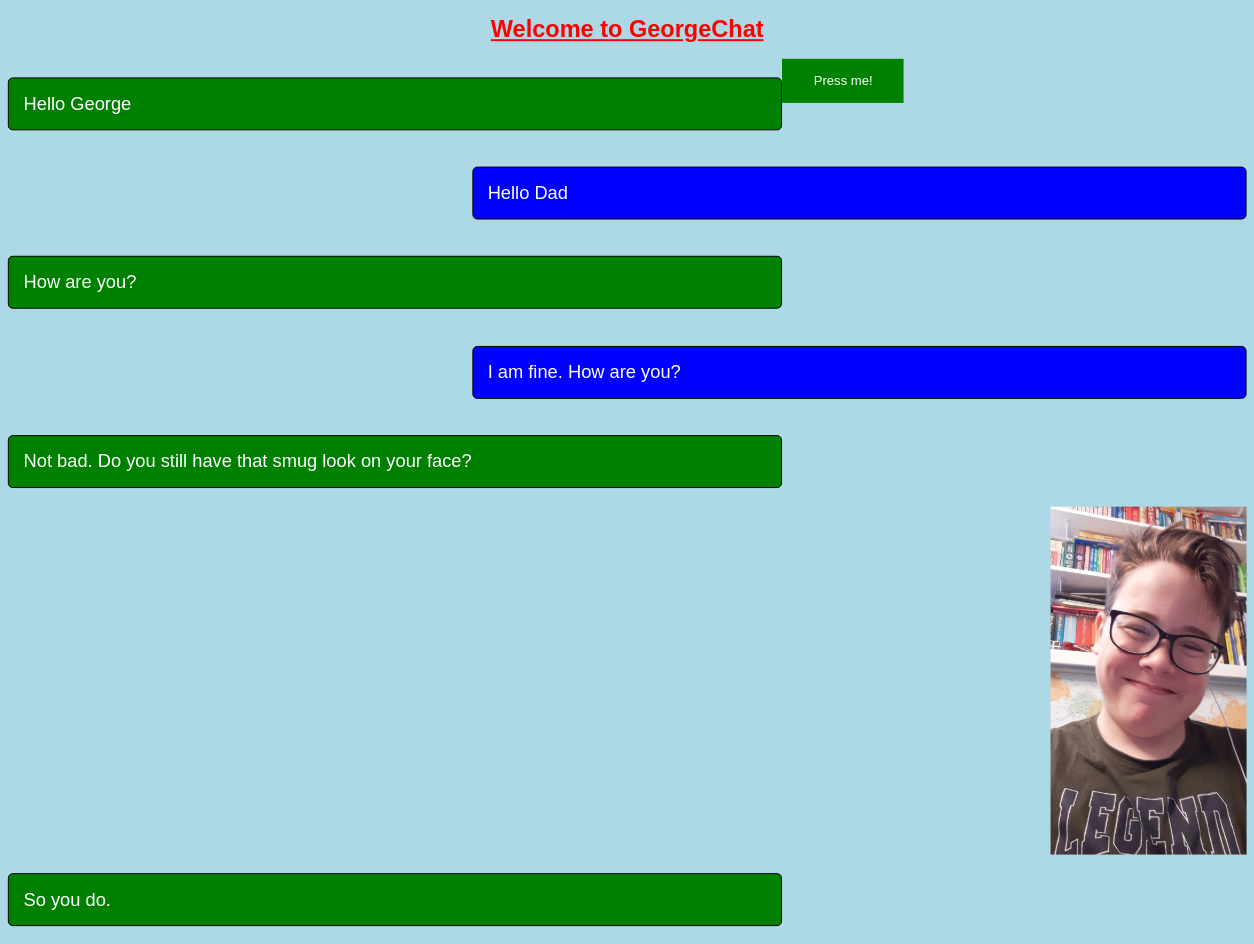
Repository: georgefyles/playground
Page: playground/src/resources/html/test.html
The author's editor kept a record of every edit. The page is drawn from the files as they stood at one moment, then again after the next edit.
The browser window is 1280 px wide. The pictures show the whole page, at 98% of full size.

Above is the page before.

### playground/src/resources/html/test.html
<!DOCTYPE html>
<html>

  <head>
	<title>Page Title</title>
	<link rel="stylesheet" href="test.css" type="text/css" />
  </head>

  <body>

    <h1 id="chat-title">Welcome to GeorgeChat</h1>

    <div id="chat-messages">

      <p class="you-talking">Hello George</p>

      <p class="me-talking">Hello Dad</p>

      <p class="you-talking">How are you?</p>

  	  <p class="me-talking">I am fine. How are you?</p>

      <p class="you-talking">Not bad. Do you still have that smug look on your face?</p>

      <img src="../images/george.jpeg" class="me-talking chat-image" />

      <p class="you-talking">So you do.</p>

    </div>

    <div id="chat-controls">
      <button>Press me!</button>
    </div>

  </body>
</html>

### playground/src/resources/html/test.css
body {
    background-color: lightblue;
    font-family: Arial, Helvetica, sans-serif;
}

#chat-title {
    font-size: 18pt;
    text-align: center;
    color: red;
    text-decoration: underline;
}

button {
    background-color: green;
    border: none;
    color: white;
    padding: 15px 32px;
    text-align: center;
    text-decoration: none;
    display: inline-block;
}

p {
    display: inline-block;
    color: white;
    font-size: 14pt;
    border: 1px solid black;
    border-radius: 5px;
    padding: 15px;
    width: 60%;
}

.you-talking {
    background-color: green;
    float: left;
    clear: right;
}

.me-talking {
    background-color: blue;
    float: right;
    clear: left;
}

img.chat-image {
    width: 200px;
}

After the next edit:
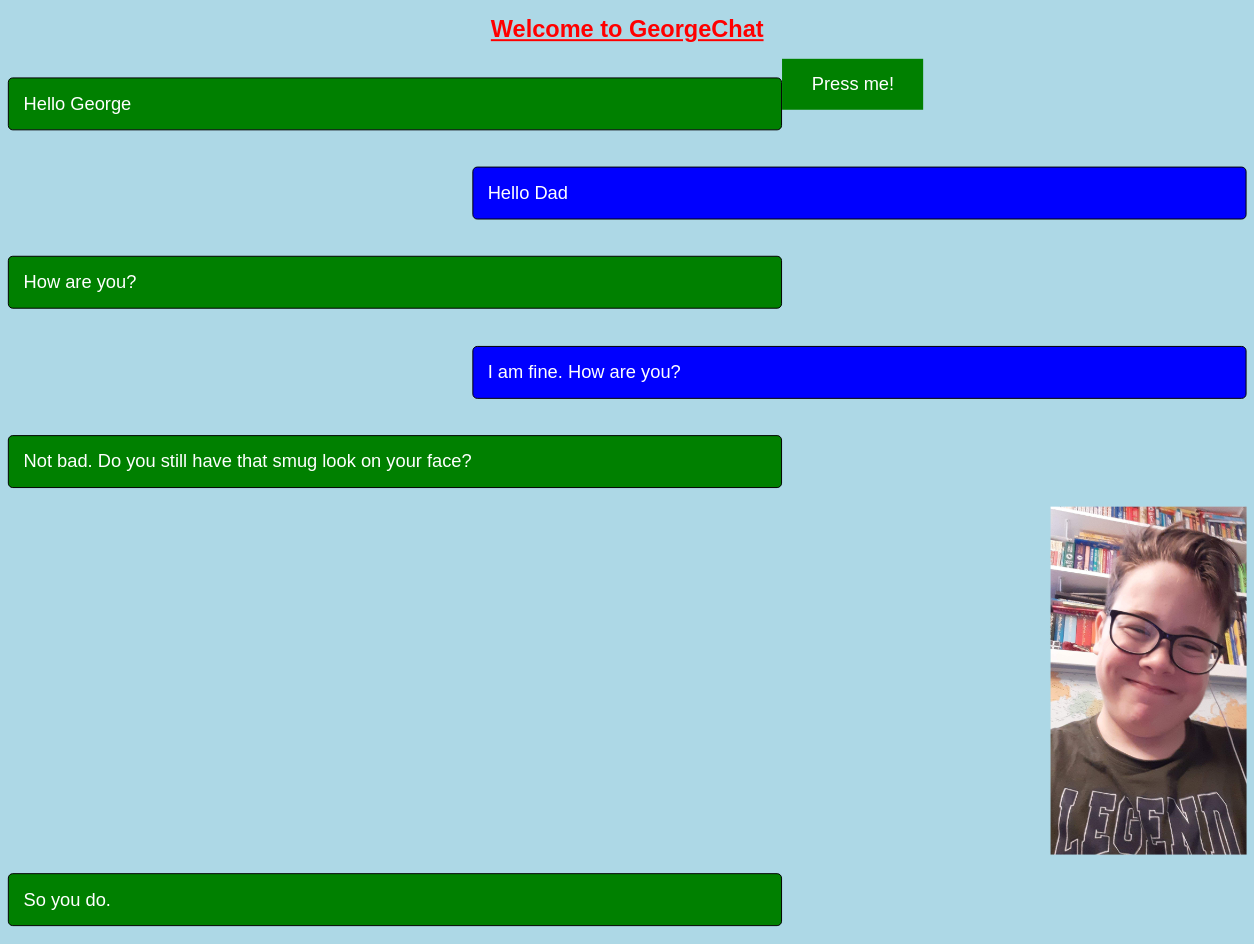
The edit:
--- a/playground/src/resources/html/test.css
+++ b/playground/src/resources/html/test.css
@@ -14,10 +14,8 @@
     background-color: green;
     border: none;
     color: white;
-    padding: 15px 32px;
-    text-align: center;
-    text-decoration: none;
-    display: inline-block;
+    padding: 15px 30px;
+    font-size: 14pt;
 }
 
 p {
